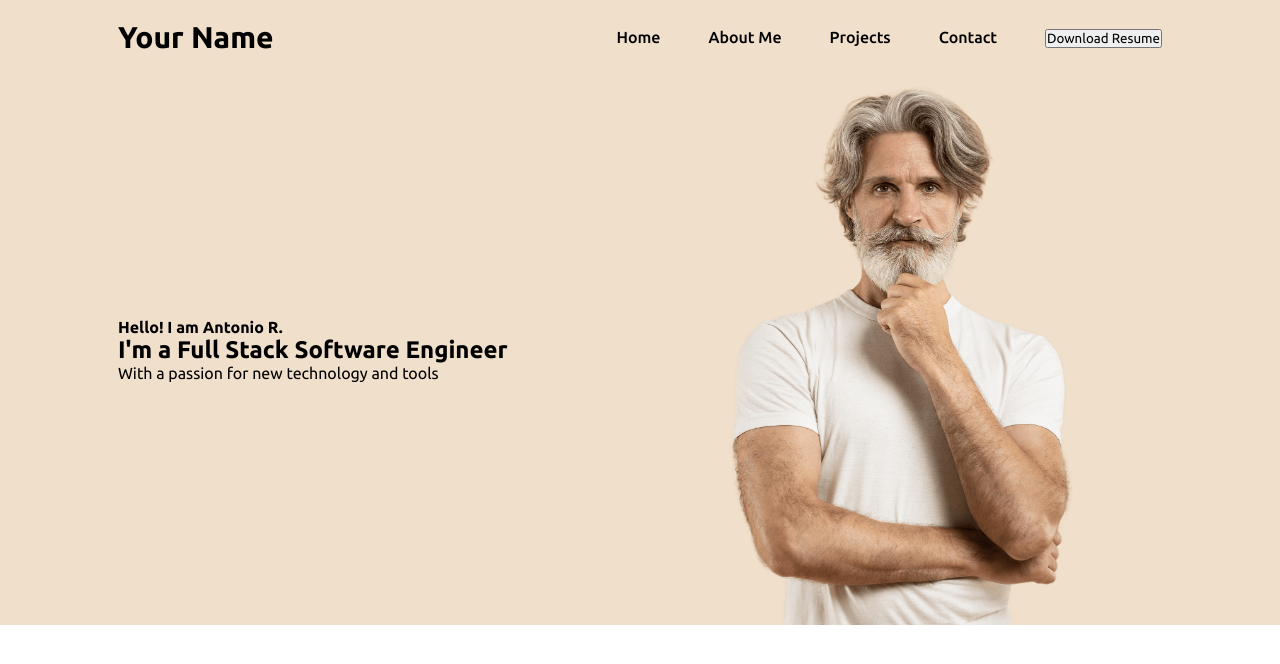
Repository: DevAntonioRogers/vanilla-portfolio
Page: index.html
The author's editor kept a copy of each file at every save. The page is drawn from the files as they stood at one save, then again after the next save.
The browser window is 1280 px wide. The pictures show the whole page.

Above is the page before, as saved 2023-07-14 16:40:06.

### index.html
<!DOCTYPE html>
<html lang="en">
  <head>
    <meta charset="UTF-8" />
    <meta name="viewport" content="width=device-width, initial-scale=1.0" />
    <link rel="stylesheet" href="style.css" />
    <title>Antonio Rogers</title>
  </head>
  <body>
    <nav>
      <div class="container navbar">
        <a href="/" aria-label="Home"> <h1>Your Name</h1></a>
        <ul>
          <li>
            <a href="/" aria-label="Home">Home</a>
          </li>
          <li>
            <a href="/" aria-label="About Me">About Me</a>
          </li>
          <li>
            <a href="/" aria-label="Projects">Projects</a>
          </li>
          <li>
            <a href="/" aria-label="Contact">Contact</a>
          </li>
          <li>
            <a href="/resume.pdf" download aria-label="Download Resume">
              <button class="navbar-button">Download Resume</button>
            </a>
          </li>
        </ul>
      </div>
    </nav>

    <section class="hero">
      <div class="container hero-container">
        <div>
          <h4>Hello! I am Antonio R.</h4>
          <h1>I'm a Full Stack Software Engineer</h1>
          <p>With a passion for new technology and tools</p>
        </div>

        <div class="hero-image-container">
          <img src="./01.png" alt="" />
        </div>
      </div>
    </section>
  </body>
</html>

### style.css
@import url("https://fonts.googleapis.com/css2?family=Ubuntu:wght@300;400;500;700&display=swap");

* {
  box-sizing: border-box;
  padding: 0;
  margin: 0;
  font-family: "Ubuntu", sans-serif;
}

a {
  text-decoration: none;
  color: inherit;
}

li {
  list-style: none;
}

.container {
  width: 89%;
  margin: auto;
  max-width: 1044px;
}

/* NAVBAR STYLING */

nav {
  background: #f0dfcb;
  padding: 20px 0;
}

.navbar {
  display: flex;
  justify-content: space-between;
  align-items: center;
}

.navbar h1 {
  font-size: 30px;
  font-weight: 700;
}

.navbar ul {
  display: flex;
  gap: 3rem;
}

.navbar ul li {
  font-weight: 500;
}

/* HERO STYLES */

.hero {
  background-color: #f0dfcb;
}

.hero-container {
  display: grid;
  grid-template-columns: repeat(2, minmax(0, 1fr));
  align-items: center;
  gap: 1.5rem;
}

.hero-image-container {
  display: flex;
  justify-content: center;
  align-items: center;
}

.hero-container img {
  height: 550px;
  position: relative;
}

After the next save:
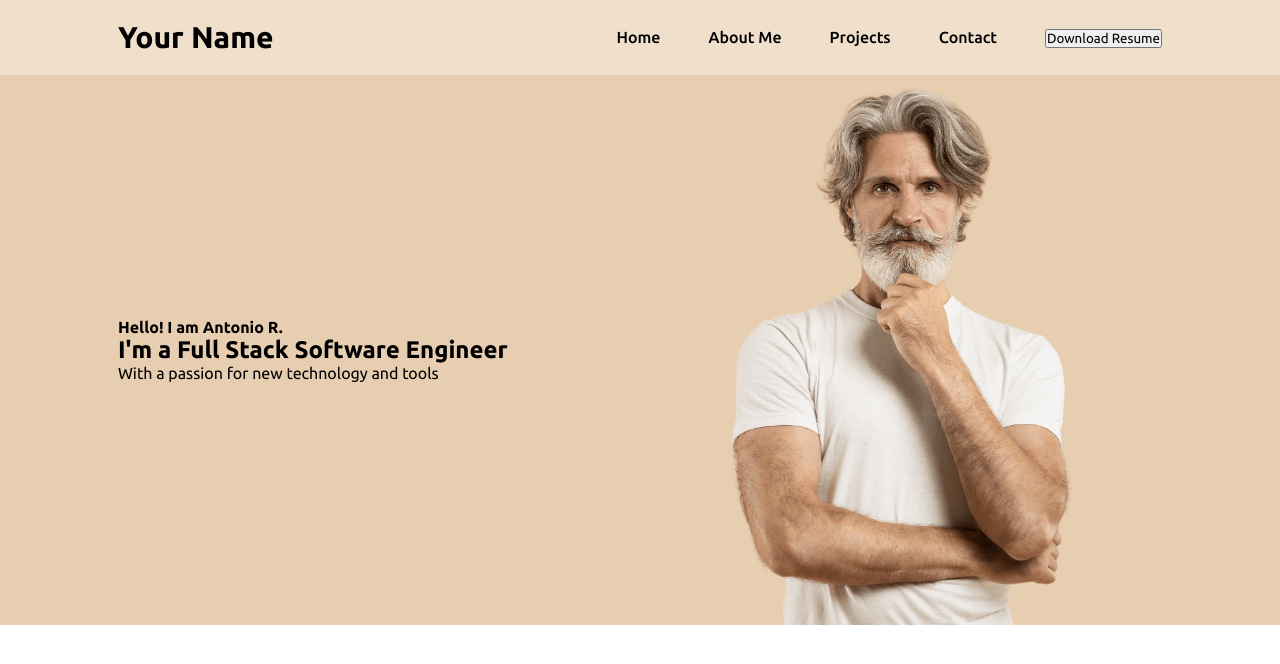
Saved 47 s later.
--- a/style.css
+++ b/style.css
@@ -52,7 +52,7 @@ nav {
 /* HERO STYLES */
 
 .hero {
-  background-color: #f0dfcb;
+  background-color: #e8ceb1;
 }
 
 .hero-container {
